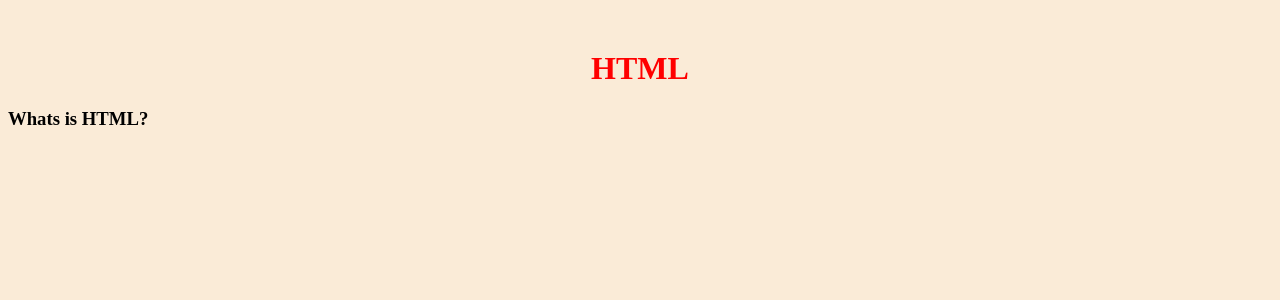
Repository: SharonSebastian32/Assignkments-9
Page: index.html
An editor plug-in stored every save of this project. The page is shown before and after the next save, followed by the edit.
The browser window is 1280 px wide. The pictures show the whole page.

Above is the page before, as saved 2024-09-21 20:07:48.

### index.html
<!DOCTYPE html>
<html lang="en">
  <head>
    <meta charset="UTF-8" />
    <meta name="viewport" content="width=device-width, initial-scale=1.0" />
    <title>Futura</title>
    <link rel="stylesheet" href="./style.css" />
    <style>
      * {
        background-color: antiquewhite;
      }
    </style>
  </head>
  <body>
    <h1
      style="
        color: red;
        text-align: center;
        margin-top: 50px;
        font-family: 'Times New Roman', Times, serif;
      "
    >
      HTML
    </h1>
    <h3>Whats is HTML?</h3>



  </body>
</html>

### style.css
p{
    background-color: rgb(210, 211, 211);
    border: 5px;
    color: black;
    border-color: yellow;

}

After the next save:
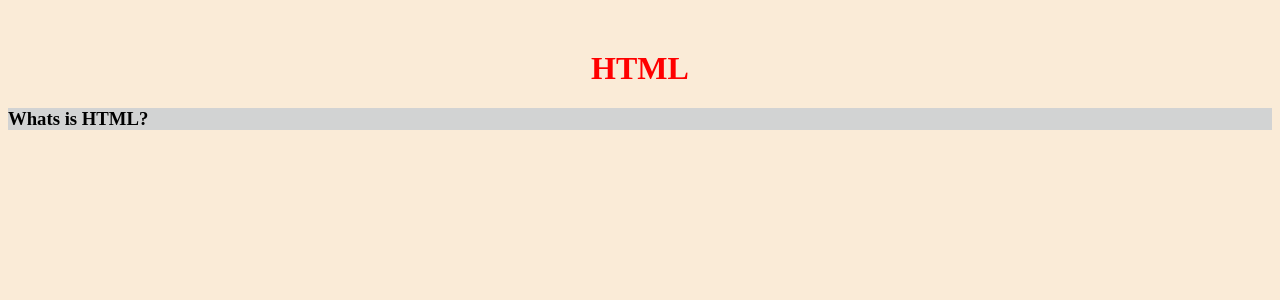
Saved 6 s later.
--- a/style.css
+++ b/style.css
@@ -1,4 +1,4 @@
-p{
+h3{
     background-color: rgb(210, 211, 211);
     border: 5px;
     color: black;
